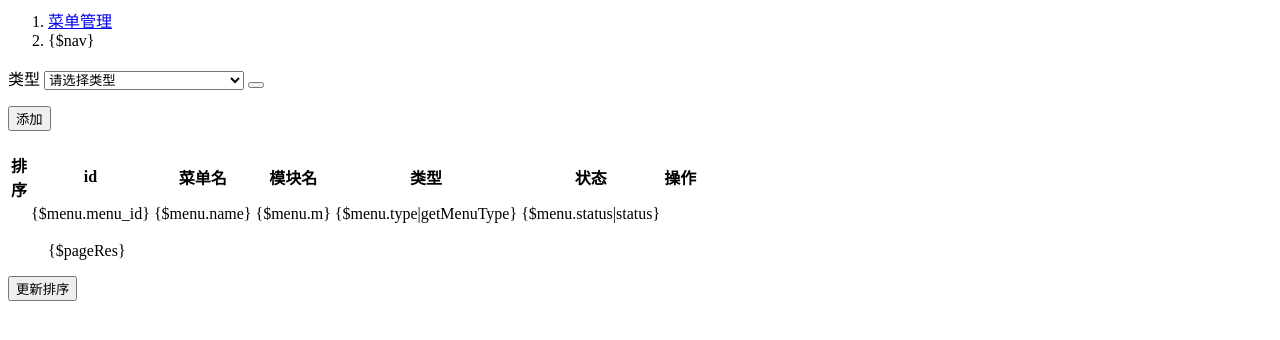
Repository: Sameldon930/zzs_cms
Page: Application/Admin/View/Menu/index.html
The author's editor kept a copy of each file at every save. The page is drawn from the files as they stood at one save, then again after a run of saves.
The browser window is 1280 px wide. The pictures show the whole page.

Above is the page before, as saved 2019-05-24 15:08:20.

After the next 6 saves:
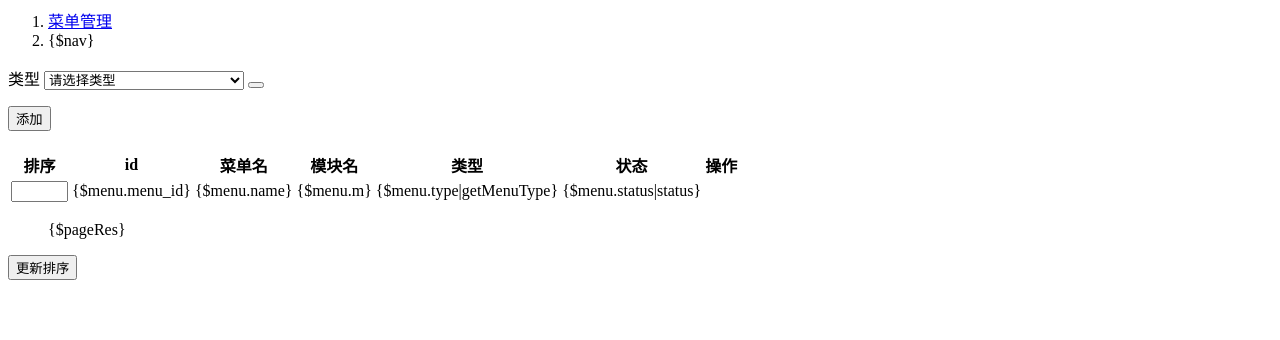
The 6 saves are shown as one change because they came seconds apart.
The last was saved 13 s later.
--- a/Application/Admin/View/Menu/index.html
+++ b/Application/Admin/View/Menu/index.html
@@ -68,7 +68,7 @@
                         <tbody>
                         <volist name="menus" id="menu">
                             <tr>
-                                <td></td>
+                                <td><input type="text" size="4" name="" id=""></td>
                                 <td>{$menu.menu_id}</td>
                                 <td>{$menu.name}</td>
                                 <td>{$menu.m}</td>
